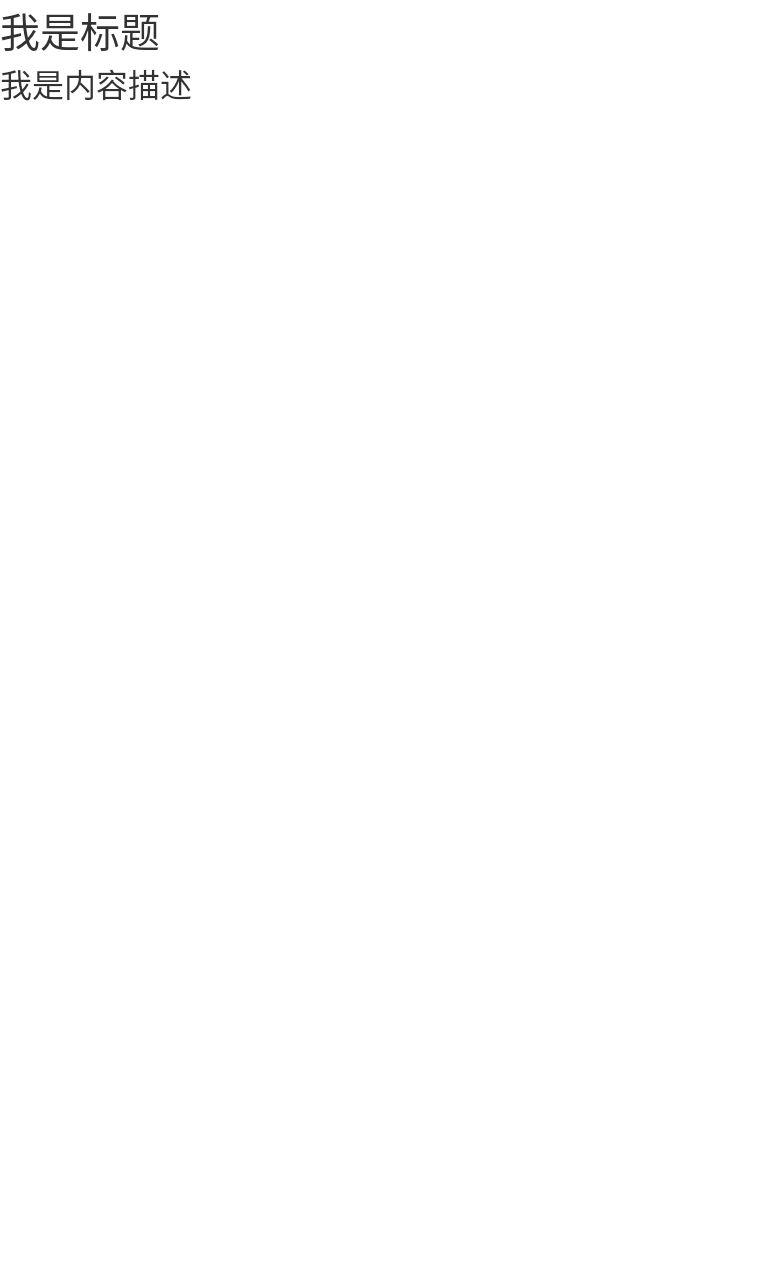
Repository: qq839924354/day01
Layout: code/Layout/res/layout/setting_layout.xml
The author's editor kept a copy of each file at every save. The layout is drawn from the files as they stood at one save, then again after the next save.
It is drawn on a 768 x 1280 px phone screen (xhdpi) without system bars, with theme AppTheme; the app's code is not run.

Above is the layout before, as saved 2013-02-28 08:29:59.

After the next save:
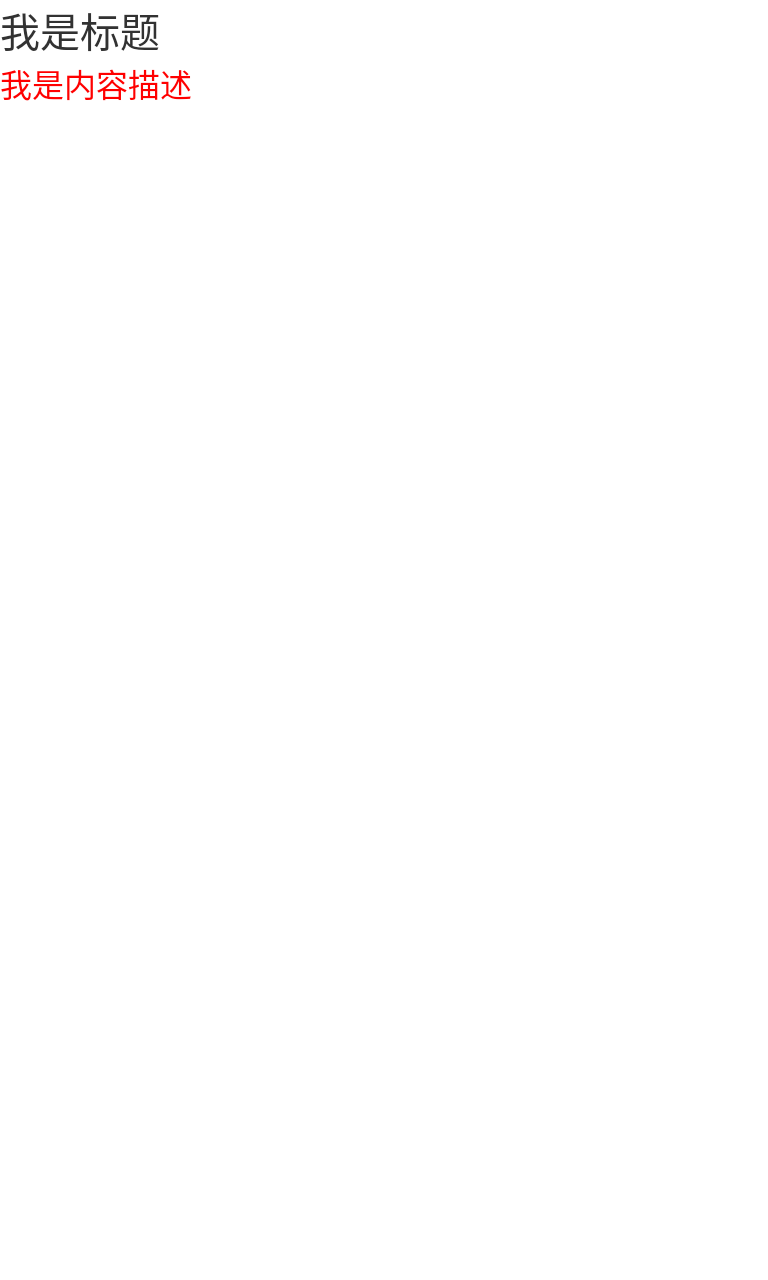
Saved 39 s later.
--- a/code/Layout/res/layout/setting_layout.xml
+++ b/code/Layout/res/layout/setting_layout.xml
@@ -11,6 +11,7 @@
         android:textSize="20sp" />
 
     <TextView
+        android:textColor="#ff0000"
         android:text="@string/content"
         android:layout_width="wrap_content"
         android:layout_height="wrap_content"
